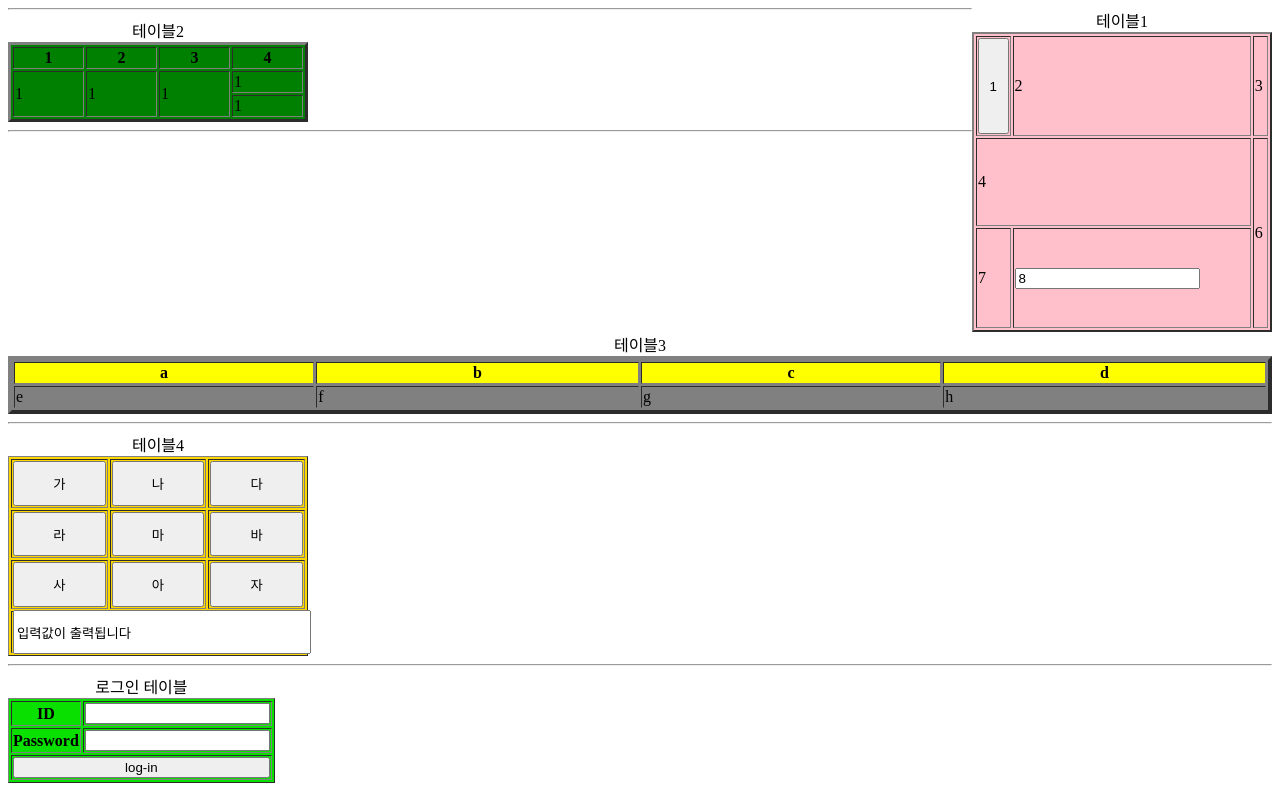
Repository: trapezer84/JSP
Page: http://localhost/AB_WebCalc/listTest1.jsp
These files come from the project's save history. The page is drawn as it stood at one moment and after the next save; the edit follows.
The browser window is 1280 px wide. The pictures show the whole page.
The page is served by Tomcat 9. Other server files are loaded and not shown.

Above is the page before, as saved 2016-02-03 00:27:28.

### AB_WebCalc/WebContent/listTest1.jsp
<%@ page language="java" contentType="text/html; charset=UTF-8"
    pageEncoding="UTF-8"%>
<!DOCTYPE html PUBLIC "-//W3C//DTD HTML 4.01 Transitional//EN" "http://www.w3.org/TR/html4/loose.dtd">
<html>
<head>
<meta http-equiv="Content-Type" content="text/html; charset=UTF-8">
<title>테이블 만들기</title>
<script type="text/javascript">
	function add(str) {

		var display = document.getElementById("display");

		display.value += str;

	}

</script>
</head>
<body>
	<table border="2" align="right" bgcolor="pink" summary="처음하는 테이블 입니다."  width=300 height=300>
	<caption>테이블1</caption>
	<tr>
		<td><input type="button" value="1" style="width:100%; height:100%"/></td>
		<td>2</td>
		<td>3</td>
	</tr>

	<tr>
		<td colspan="2">4</td>
		<td rowspan="2">6</td>
	</tr>

	<tr>
		<td>7</td>
		<td><input tpye="text" value="8" /></td>
	</tr>
	</table>

	<hr>
	<table border="3" bgcolor="green" summary="this is a second table" width=300>
	<caption>테이블2</caption>
		<tr>
			<th>1</th>
			<th>2</th>
			<th>3</th>
			<th>4</th>
		</tr>

		<tr>
			<td rowspan="2">1</td>
			<td rowspan="2">1</td>
			<td rowspan="2">1</td>
			<td>1</td>
		</tr>

		<tr>
		<td>1</td>
		</tr>
	</table>

	<hr>
	<table border="4" bgcolor="gray" width="100%" >
	<caption>테이블3</caption>
		<thead bgcolor="yellow">
			<th>a</th>
			<th>b</th>
			<th>c</th>
			<th>d</th>
		</thead>
		<tr>
			<td>e</td>
			<td>f</td>
			<td>g</td>
			<td>h</td>
		</tr>
	</table>

	<hr>
	<table id="table4" border="1" bgcolor="gold" width=300 height=200>
	<caption> 테이블4 </caption>
		<tr>
			<th><input type="button" id="가" value="가" style="width:100%; height:100%" onclick="add('가')" /></th>
			<th><input type="button" id="나" value="나" style="width:100%; height:100%" onclick="add('나')"/></th>
			<th><input type="button" id="다" value="다" style="width:100%; height:100%" onclick="add('다')"/></th>
		</tr>

		<tr>
			<th><input type="button" id="라" value="라" style="width:100%; height:100%" onclick="add('라')"/></th>
			<th><input type="button" id="마" value="마" style="width:100%; height:100%" onclick="add('마')"/></th>
			<th><input type="button" id="바" value="바" style="width:100%; height:100%" onclick="add('바')"/></th>
		</tr>

		<tr>
			<th><input type="button" id="사" value="사" style="width:100%; height:100%" onclick="add('사')"/></th>
			<th><input type="button" id="아" value="아" style="width:100%; height:100%" onclick="add('아')"/></th>
			<th><input type="button" id="자" value="자" style="width:100%; height:100%" onclick="add('자')"/></th>
		</tr>

		<tr>
			<td colspan="4"><input type="text" id="display" value="입력값이 출력됩니다" style="width:100%; height:100%"/></td>
		</tr>
	</table>

	<hr>
	<table border="1" id="loginTable" bgcolor="pale pink">
	<caption> 로그인 테이블 </caption>

		<tr>
			<th>ID</th>
			<td><input type="text" id="userId" value=""/></td>
		</tr>

		<tr>
			<th>Password</th>
			<td><input type="text" id="userPassword" value=""/></td>
		</tr>

		<tr>
			<td colspan="2"><input type="button" id="login" value="log-in" style="width:100%; height:70"/></td>
		</tr>

	</table>


</body>
</html>

After the next save:
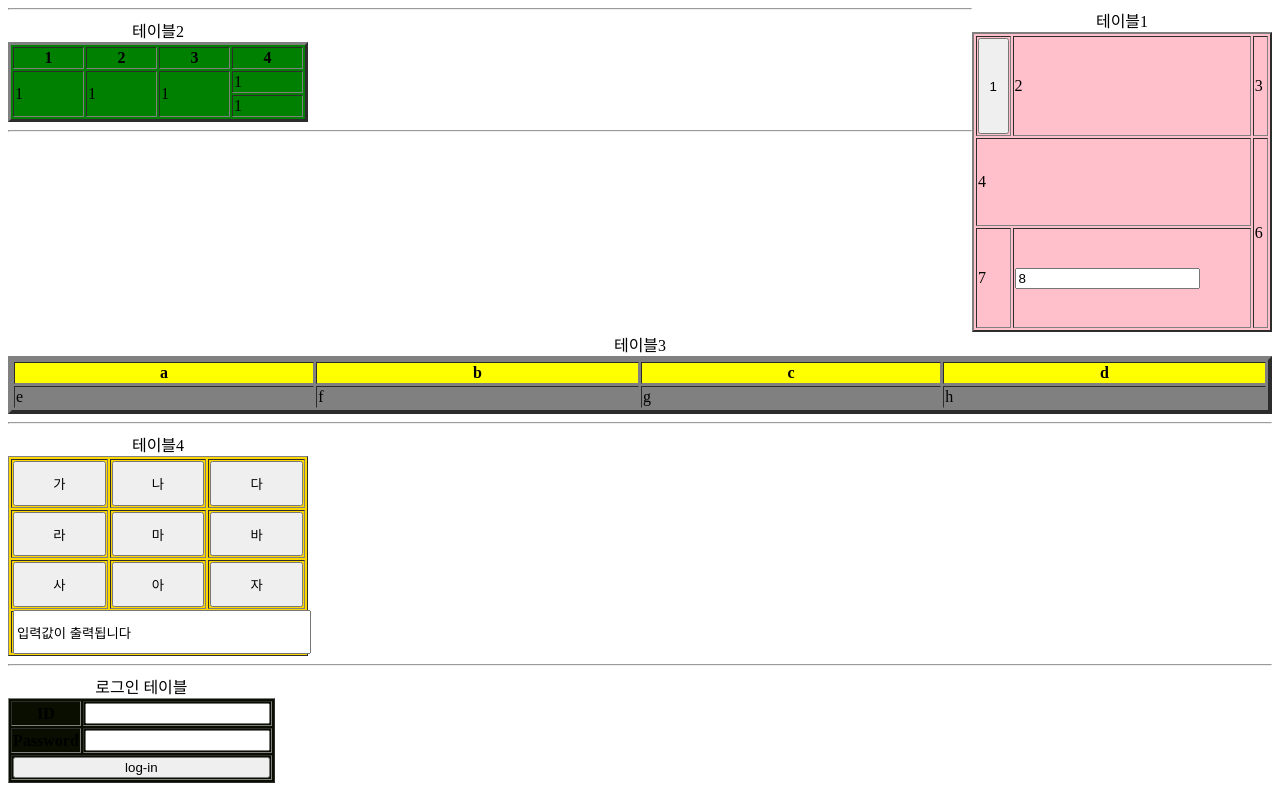
Saved 14 s later.
--- a/AB_WebCalc/WebContent/listTest1.jsp
+++ b/AB_WebCalc/WebContent/listTest1.jsp
@@ -102,7 +102,7 @@
 	</table>
 
 	<hr>
-	<table border="1" id="loginTable" bgcolor="pale pink">
+	<table border="1" id="loginTable" bgcolor="pale">
 	<caption> 로그인 테이블 </caption>
 
 		<tr>

After the save that followed:
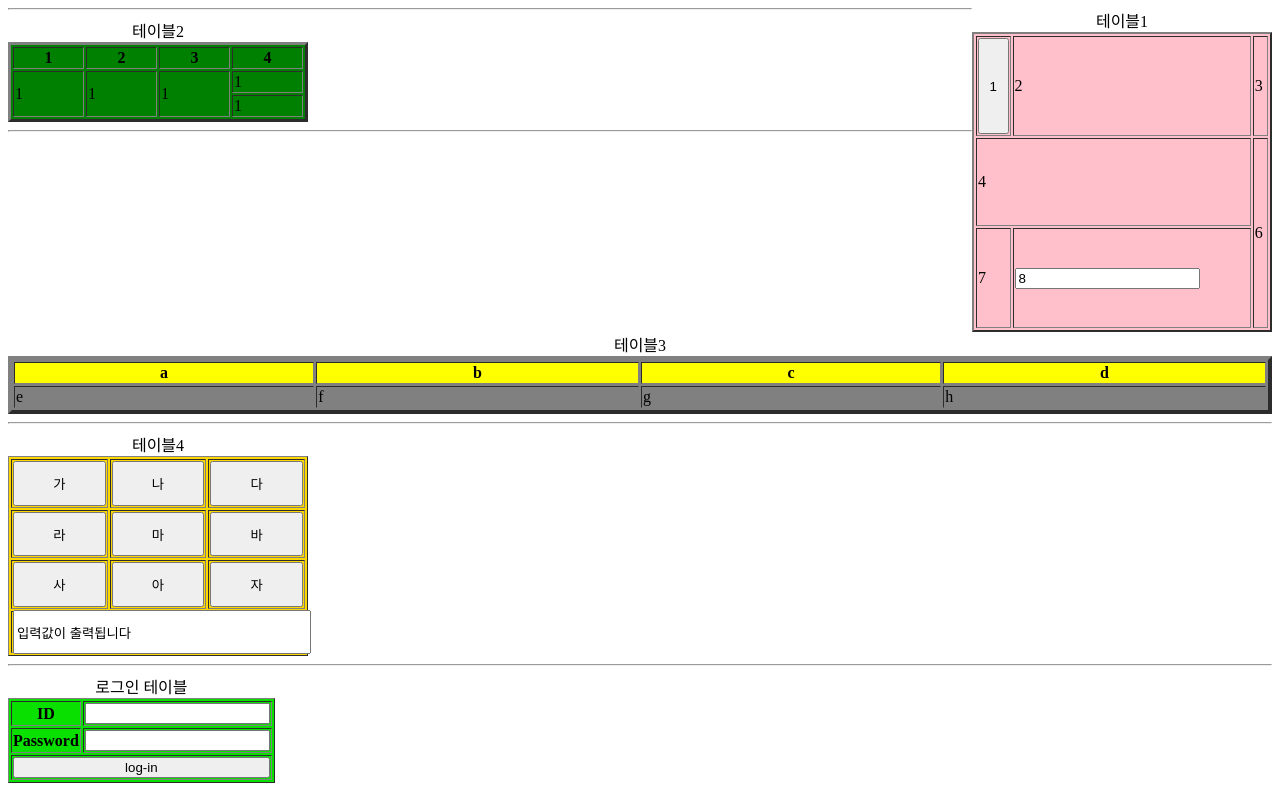
Saved 6 s later.
--- a/AB_WebCalc/WebContent/listTest1.jsp
+++ b/AB_WebCalc/WebContent/listTest1.jsp
@@ -102,7 +102,7 @@
 	</table>
 
 	<hr>
-	<table border="1" id="loginTable" bgcolor="pale">
+	<table border="1" id="loginTable" bgcolor="palepink">
 	<caption> 로그인 테이블 </caption>
 
 		<tr>
